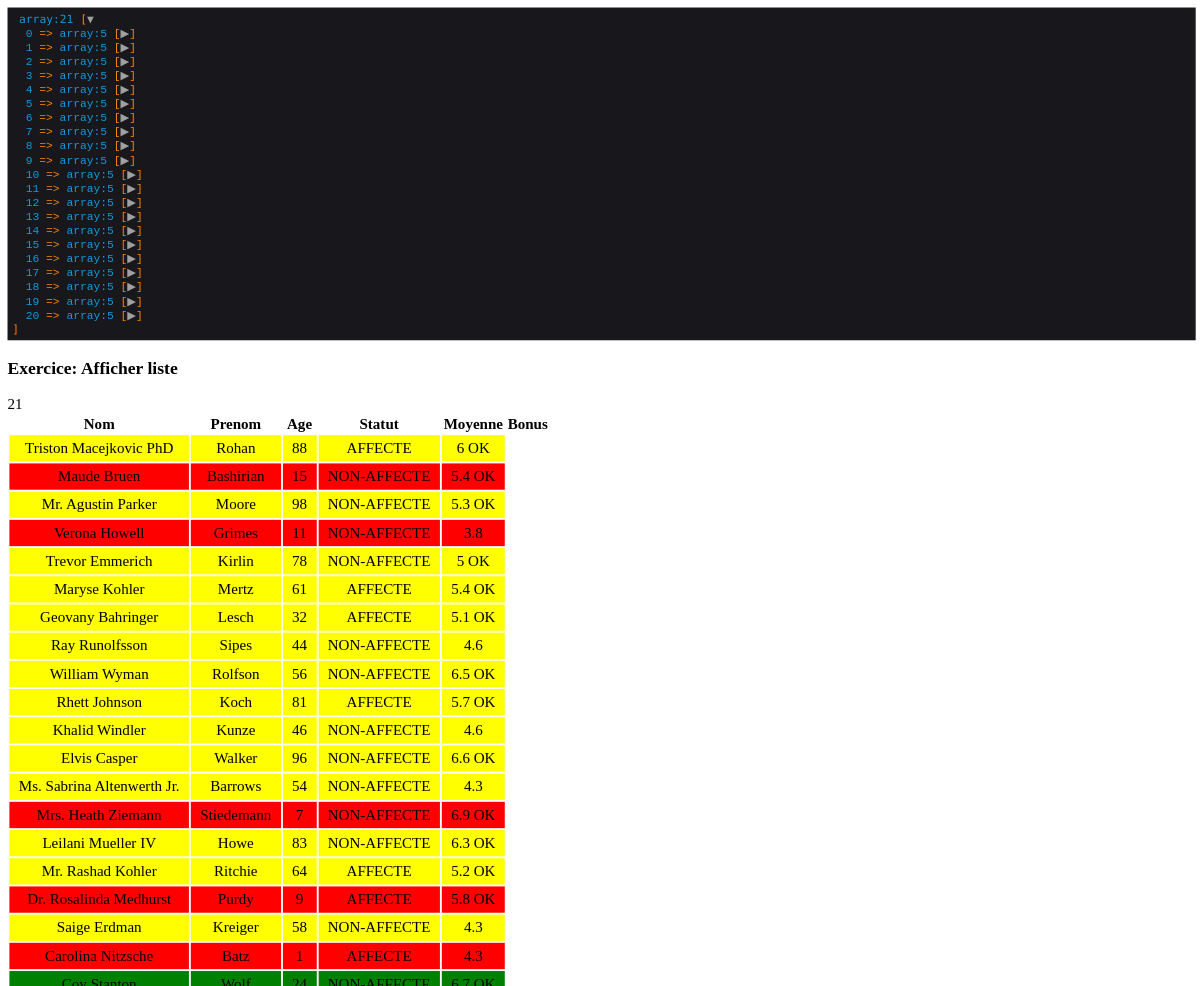
Repository: Bfabien99/PHPREPO
Page: http://localhost/
These files come from the project's save history. The page is drawn as it stood at one moment and after the next save; the edit follows.
The browser window is 1280 px wide. The pictures show the whole page, at 94% of full size.
The page is run by PHP 8.4 with error messages shown; the project is at /var/www/html/.

Above is the page before, as saved 2021-12-10 12:12:15.

After the next save:
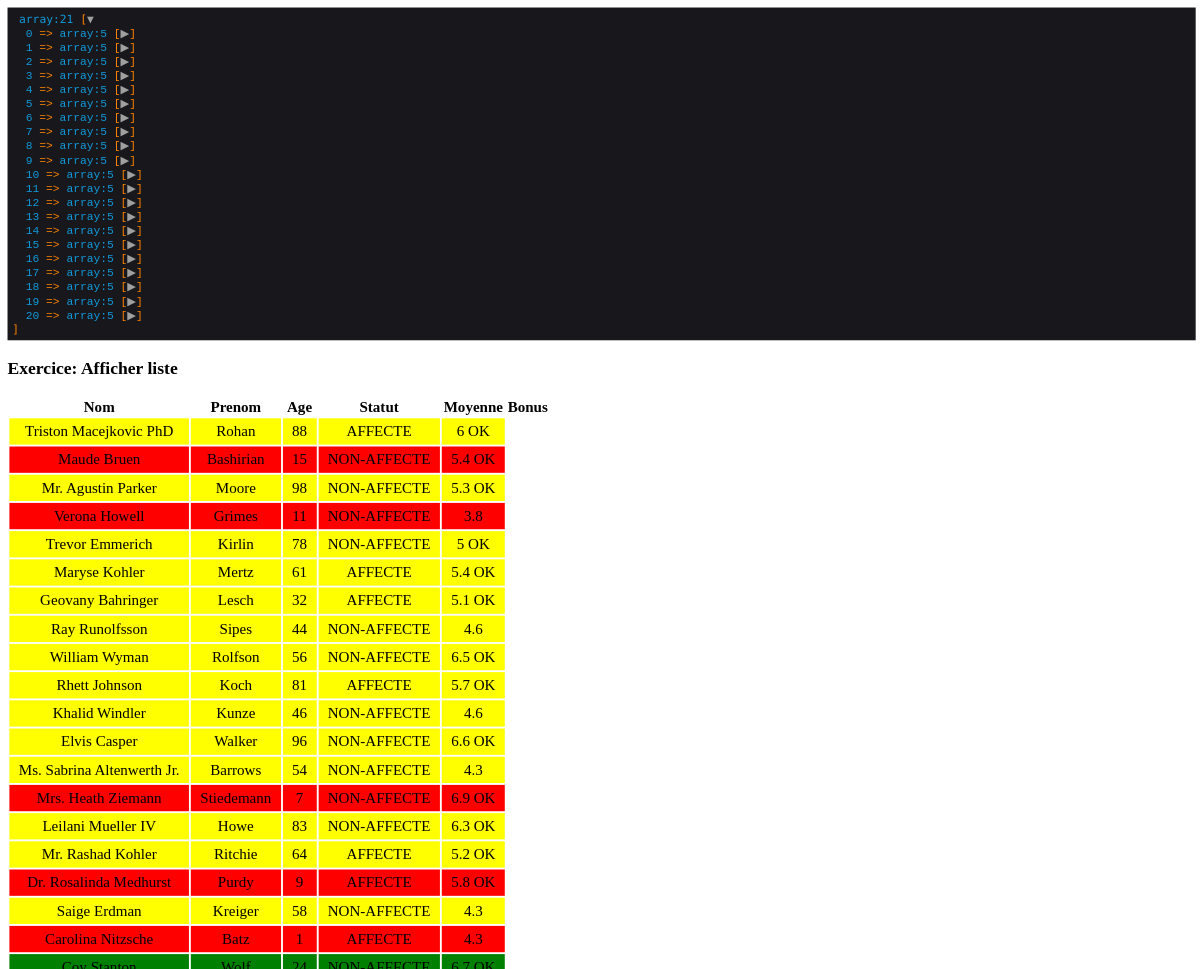
Saved 32 s later.
--- a/MakeFakeData/src/index.php
+++ b/MakeFakeData/src/index.php
@@ -82,8 +82,6 @@ function admis($moy){
 	</thead>
 	<tbody>
 		<?php
-		$bonus = count($list);
-		echo $bonus;
 		foreach ($list as $value) {
 				$nbnote = count($value["notes"]);
 				$totalnote = array_sum($value["notes"]);
